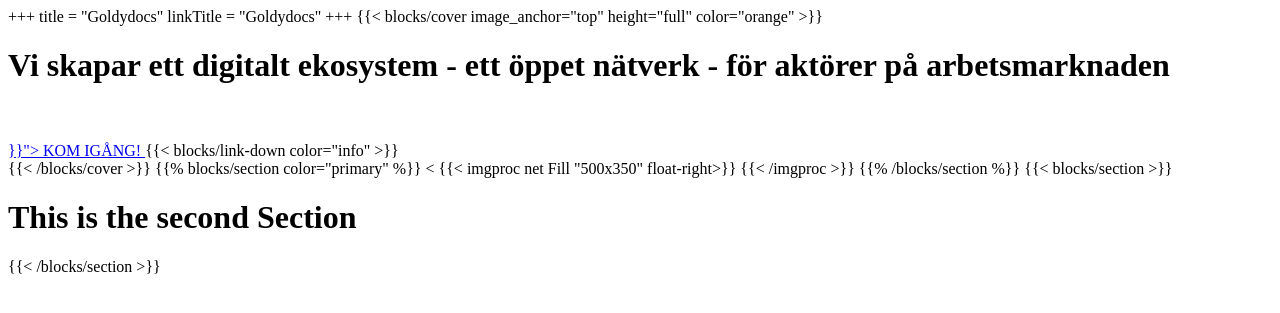
Repository: rudasn/docsy-cms-netlify
Page: content/sv/_index.html
These files come from the project's save history. The page is drawn as it stood at one moment and after the next save; the edit follows.
The browser window is 1280 px wide. The pictures show the whole page.

Above is the page before, as saved 2021-05-07 08:38:37.

### content/sv/_index.html
+++
title = "Goldydocs"
linkTitle = "Goldydocs"

+++

{{< blocks/cover  image_anchor="top" height="full" color="orange" >}}
<h1>Vi skapar ett digitalt ekosystem - ett öppet nätverk - för aktörer
	på arbetsmarknaden
</h1>
<br><br>
<div class="mx-auto">
	<a class="button -lg btn-white mr-3 mb-4" href="{{< relref "/docs" >}}">
		KOM IGÅNG! <i class="fas fa-arrow-alt-circle-right ml-2"></i>
	</a>

	{{< blocks/link-down color="info" >}}
</div>
{{< /blocks/cover >}}


{{% blocks/section color="primary" %}}
<
	{{< imgproc net Fill "500x350" float-right>}}

	{{< /imgproc >}}


{{% /blocks/section %}}

<!--
{{< blocks/section color="dark" >}}
{{% blocks/feature icon="fa-lightbulb" title="New chair metrics!" %}}
The Goldydocs UI now shows chair size metrics by default.

Please follow this space for updates!
{{% /blocks/feature %}}


{{% blocks/feature icon="fab fa-github" title="Contributions welcome!" url="https://github.com/google/docsy-example" %}}
We do a [Pull Request](https://github.com/google/docsy-example/pulls) contributions workflow on **GitHub**. New users are always welcome!
{{% /blocks/feature %}}


{{% blocks/feature icon="fab fa-twitter" title="Follow us on Twitter!" url="https://twitter.com/docsydocs" %}}
For announcement of latest features etc.
{{% /blocks/feature %}}


{{< /blocks/section >}}
-->

{{< blocks/section >}}
<div class="col">
<h1 class="text-center">This is the second Section</h1>
</div>

{{< /blocks/section >}}


<!--
{{< blocks/section >}}
{{% blocks/feature icon="fab fa-app-store-ios" title="Download **from AppStore**" %}}
Get the Goldydocs app!
{{% /blocks/feature %}}


{{% blocks/feature icon="fab fa-github" title="Contributions welcome!" url="https://github.com/google/docsy-example" %}}
We do a [Pull Request](https://github.com/google/docsy-example/pulls) contributions workflow on **GitHub**. New users are always welcome!
{{% /blocks/feature %}}


{{% blocks/feature icon="fab fa-twitter" title="Follow us on Twitter!" url="https://twitter.com/GoHugoIO" %}}
For announcement of latest features etc.
{{% /blocks/feature %}}


{{< /blocks/section >}}
-->
<!--
{{< blocks/section >}}

<div class="col-12">
<h1 class="text-center">This is another Section</h1>
</div>

{{< /blocks/section >}}
-->

After the next save:
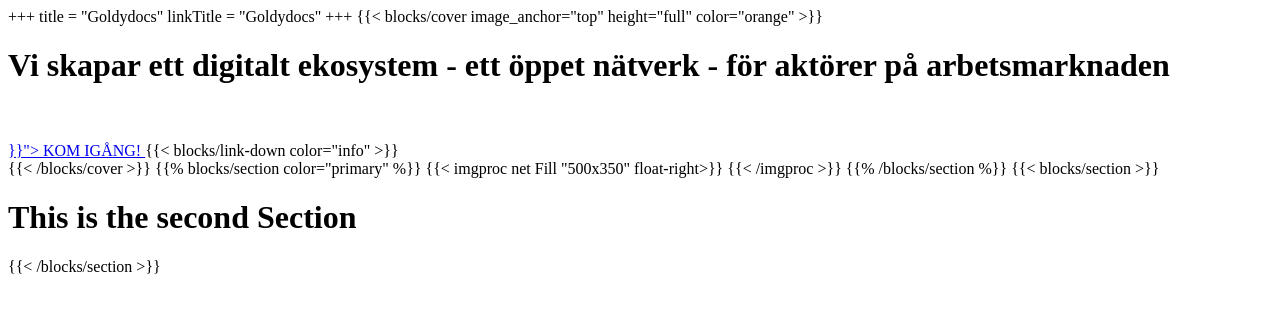
Saved 4 s later.
--- a/content/sv/_index.html
+++ b/content/sv/_index.html
@@ -20,7 +20,7 @@ linkTitle = "Goldydocs"
 
 
 {{% blocks/section color="primary" %}}
-<
+
 	{{< imgproc net Fill "500x350" float-right>}}
 
 	{{< /imgproc >}}
